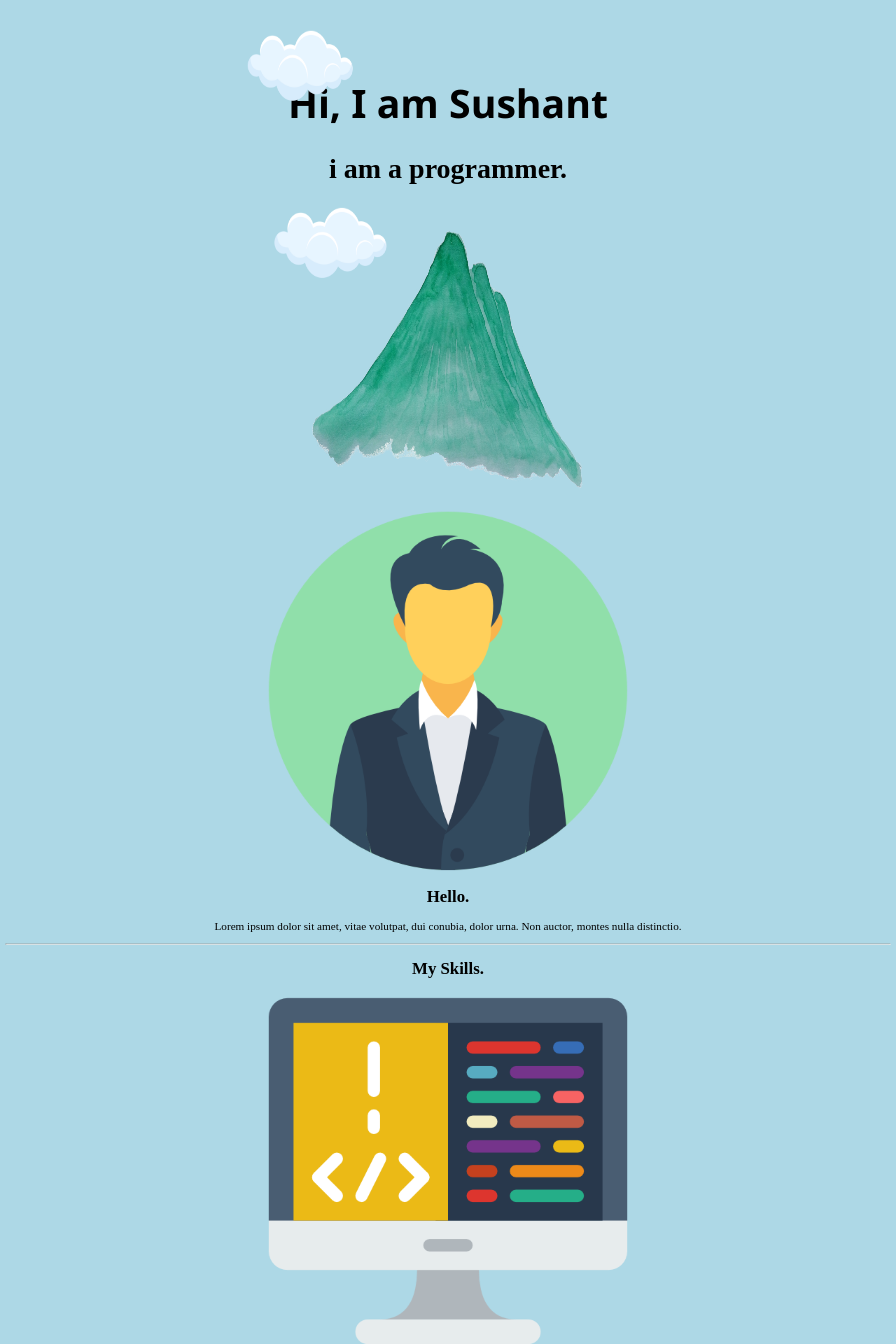
Repository: Sushant203/myPersonalSite
Page: index.html
The author's editor kept a copy of each file at every save. The page is drawn from the files as they stood at one save, then again after the next save.
The browser window is 1280 px wide. The pictures show the part of the page from y = 0 to 1920 px (the page is 2864 px tall), at 70% of full size.

Above is the page before, as saved 2022-12-09 19:28:03.

### index.html
<!DOCTYPE html>
<html lang="en">

<head>
    <meta charset="UTF-8">
    <meta http-equiv="X-UA-Compatible" content="IE=edge">
    <meta name="viewport" content="width=device-width, initial-scale=1.0">
    <title>Document</title>
    <link rel="stylesheet" href="\css\style.css">
    <link rel="favicon" href="favicon.ico">
</head>

<body>
    <div class="container">
        <div>
            <img class="top-cloud" src="cloud.png" alt="upper-cloud">
        </div>
        <div class="header-text">
            <h1>Hi, I am Sushant</h1>
            <h2>i am a programmer.</h2>
        </div>
        <div>
            <img class="bottom-cloud" src="cloud.png" alt="lower cloud">
            <img class="mountain-image" src="mountain-1.png" alt="mountain img">
        </div>
        <!-- middle and end parts -->
        <div class="middle-container">
            <!-- profile section -->
            <div class="profile">
              <img src="profile.png" alt="profile picture">
              <h2>Hello.</h2>
              <p>Lorem ipsum dolor sit amet, vitae volutpat, dui conubia, dolor urna. Non auctor, montes nulla distinctio.</p>
            </div>
            <hr>
            <!-- skill section -->
            <div class="skills">
              <h2>My Skills.</h2>
              <div class="skill-row">
                <img class="" src="skill1.png" alt="coding">
                <h3>Frontend Programmer</h3>
                <p>Lorem ipsum dolor sit amet, quis in duis, iaculis id felis. Consectetuer vestibulum, nunc urna lectus, erat ligula. Hendrerit nam, lectus ante, ut lorem eros.</p>
              </div>
              <div class="skill-row">
                <img class="" src="skill2.png" alt="programmer">
                <h3>Web Designer</h3>
                <p>Lorem ipsum dolor sit amet, mauris sed consectetuer. Etiam et eu, bibendum interdum, lacus quis mauris. Curabitur wisi, quisque vel eu, rutrum nam.</p>
              </div>
            </div>
            <hr>
            <!-- contact section -->
            <div class="contact-me">
              <h2>Get In Touch</h2>
              <h3>Lorem ipsum dolor sit amet, non elit.</h3>
              <p>Lorem ipsum dolor sit amet, in quis, aenean amet. Phasellus sodales, tellus donec dui, ornare erat.</p>
              <a class="btn" href="mailto:clashofgames229@gmail.com">CONTACT ME</a>
            </div>
          </div>

          <!-- bottom section -->
          <div class="bottom-container">
            <a class="footer-link" href="https://www.facebook.com/">Facebook</a>
            <a class="footer-link" href="https://www.instagram.com/">Instagram</a>
            <a class="footer-link" href="https://www.appbrewery.co/">Website</a>
            <p>© Sushant Shrestha</p>
          </div>

    </div>


</body>

</html>

### css/style.css
body{
    background-color: lightblue;

    }

.container{
    margin:  0;
    position: relative;
    text-align: center;
    padding-top: 100px;

}

.top-cloud{
    height: 100px;
    width: 150px;
    position: absolute;
    top: 5vh;
   right: 60vw;
}

.header-text{
display: inline-block;
/* position: absolute; */
/* margin: 70px; */
}

.header-text h1{
    font-family: 'Segoe UI', Tahoma, Geneva, Verdana, sans-serif;
    font-size: 3.5rem;
    margin: 0 auto auto;
}

.header-text h2{
    font-family:cursive;
    font-size: 2.5rem;
}

.bottom-cloud{
    height: 100px;
    width: 160px;
    position: absolute;
    /* top: 35vh; */
    left: 30vw;
}

.mountain-image{

    height: 430px;
    width: 400px;
}

After the next save:
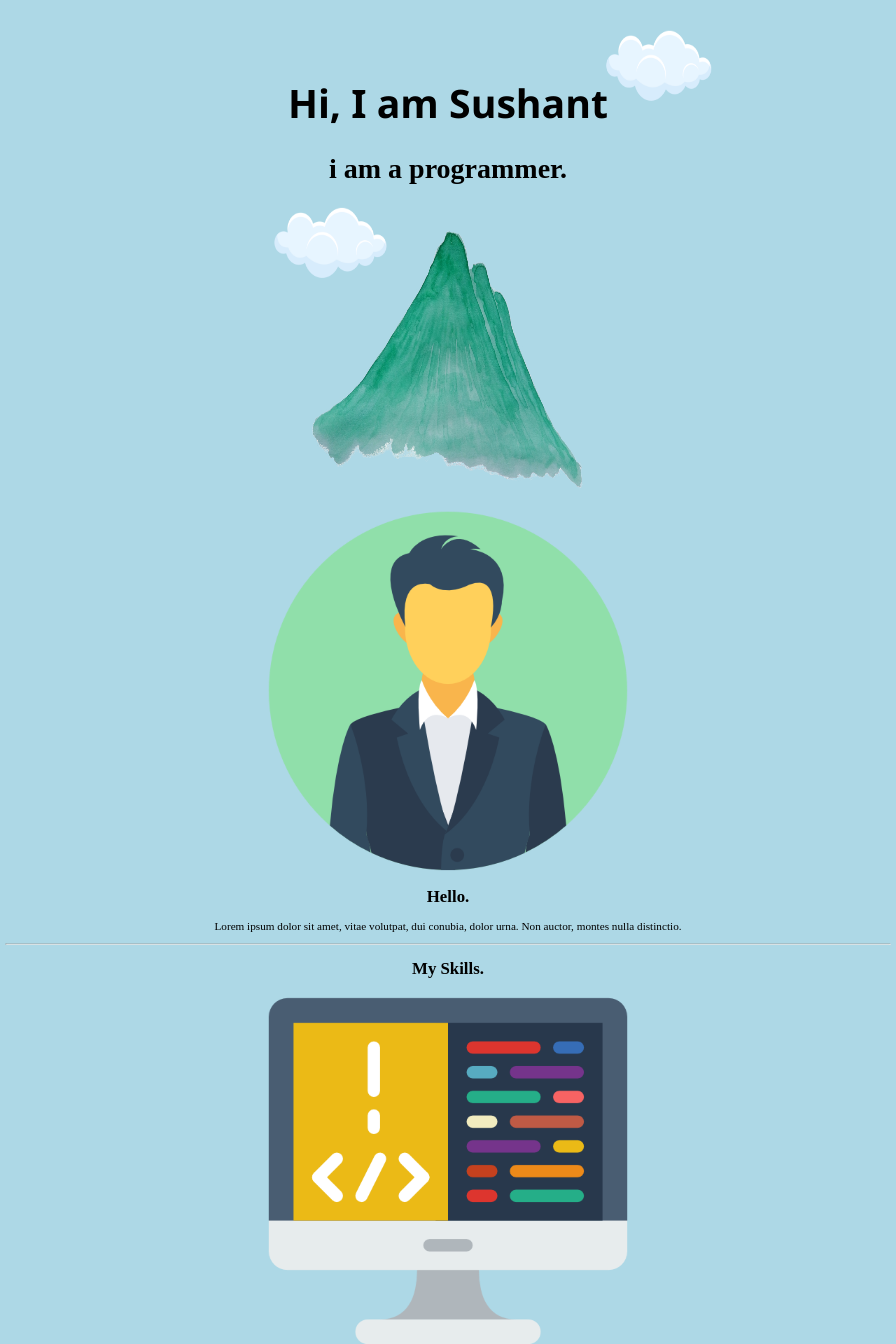
Saved 4 s later.
--- a/css/style.css
+++ b/css/style.css
@@ -16,7 +16,7 @@ body{
     width: 150px;
     position: absolute;
     top: 5vh;
-   right: 60vw;
+   right: 20vw;
 }
 
 .header-text{
